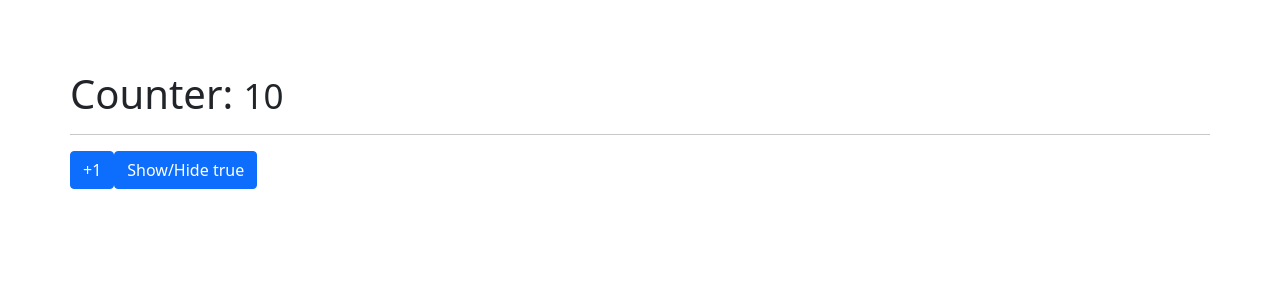
Repository: FlamesAlejandro/practicaReact
Page: /
The author's editor kept a copy of each file at every save. The page is drawn from the files as they stood at one save, then again after the next save.
The browser window is 1280 px wide. The pictures show the whole page.
The project was rebuilt for these pictures with package versions that can differ from the ones it lists, and the page was loaded fresh each time.

Above is the page before, as saved 2021-06-02 20:50:51.

### public/index.html
<!DOCTYPE html>
<html lang="en">
  <head>
    <meta charset="utf-8" />
    <link rel="icon" href="%PUBLIC_URL%/favicon.ico" />
    <meta name="viewport" content="width=device-width, initial-scale=1" />
    <meta name="theme-color" content="#000000" />
    <meta
      name="description"
      content="Web site created using create-react-app"
    />

    <!--
      manifest.json provides metadata used when your web app is installed on a
      user's mobile device or desktop. See https://developers.google.com/web/fundamentals/web-app-manifest/
    -->
    <link rel="manifest" href="%PUBLIC_URL%/manifest.json" />
    <!--
      Notice the use of %PUBLIC_URL% in the tags above.
      It will be replaced with the URL of the `public` folder during the build.
      Only files inside the `public` folder can be referenced from the HTML.

      Unlike "/favicon.ico" or "favicon.ico", "%PUBLIC_URL%/favicon.ico" will
      work correctly both with client-side routing and a non-root public URL.
      Learn how to configure a non-root public URL by running `npm run build`.
    -->
       <!-- CSS only -->
<link href="https://cdn.jsdelivr.net/npm/bootstrap@5.0.1/dist/css/bootstrap.min.css" rel="stylesheet" integrity="sha384-+0n0xVW2eSR5OomGNYDnhzAbDsOXxcvSN1TPprVMTNDbiYZCxYbOOl7+AMvyTG2x" crossorigin="anonymous"></link>

    <title>Hooks App</title>
  </head>
  <body>
    <noscript>You need to enable JavaScript to run this app.</noscript>
    <div id="root"></div>
    <!--
      This HTML file is a template.
      If you open it directly in the browser, you will see an empty page.

      You can add webfonts, meta tags, or analytics to this file.
      The build step will place the bundled scripts into the <body> tag.

      To begin the development, run `npm start` or `yarn start`.
      To create a production bundle, use `npm run build` or `yarn build`.
    -->
  </body>
</html>

### src/index.js
import React from 'react';
import ReactDOM from 'react-dom';
// import { RealExampleRef } from './components/04-useRef/RealExampleRef';
// import { Layout } from './components/05-useLayoutEffect/LayoutEffect';
import { Memorize } from './components/06-memos/Memorize';
// import { FocusScreen } from './components/04-useRef/FocusScreen';
// import { MultipleCustomHook } from './components/03-examples/MultipleCustomHook';
// import { FormWithCustomHook } from './components/useEffect/FormWithCustomHook';
// import { SimpleForm } from './components/useEffect/SimpleForm';
// import { CounterApp } from './components/01-useState/CounterApp';
// import { CounterWithCustomHook } from './components/01-useState/CounterWithCustomHook';
// import { HookApp } from './HookApp';

ReactDOM.render(

    <Memorize />,

  document.getElementById('root')
);

### src/components/06-memos/Memorize.js
import React, { useState } from 'react';
import { useCounterM } from '../../hooks/useCounterM'
import '../02-useEffect/effect.css';
import { Small } from './small';


export const Memorize = () => {

    const { counter, increment } = useCounterM( 10 );
    const [show, setShow] = useState(true);

    return (
        <div>
            <h1>Counter: <Small value={ counter } /></h1>
            <hr />

            <button
                className="btn btn-primary"
                onClick={ increment }
            >
                +1
            </button>

            <button
                className="btn btn-primary"
                onClick={ increment }
            >
                Show/Hide { JSON.stringify( show ) }
            </button>

        </div>
    )
}

### src/hooks/useCounterM.js
import { useState } from 'react';

export const useCounterM = (initialState = 10) => {

    const [counter, setCounter] = useState(initialState)

    const increment = (  ) => {
        setCounter( counter + 1 );
    }

    const decrement = (  ) => {
        setCounter( counter - 1 );
    }

    const reset = () => {
        setCounter( initialState );
    }

    return {
        counter,
        increment,
        decrement,
        reset
    };


}

### src/components/06-memos/small.js
import React from 'react'

export const Small = ({ value }) => {
    return (
        <small>
            { value }
        </small>
    )
}

Loaded but not shown: src/components/02-useEffect/effect.css (common file)

After the next save:
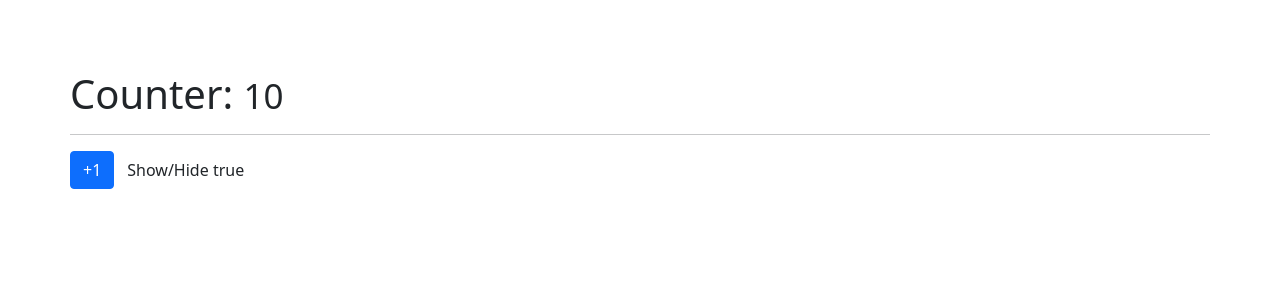
Saved 10 s later.
--- a/src/components/06-memos/Memorize.js
+++ b/src/components/06-memos/Memorize.js
@@ -22,7 +22,7 @@ export const Memorize = () => {
             </button>
 
             <button
-                className="btn btn-primary"
+                className="btn btn-outline"
                 onClick={ increment }
             >
                 Show/Hide { JSON.stringify( show ) }
